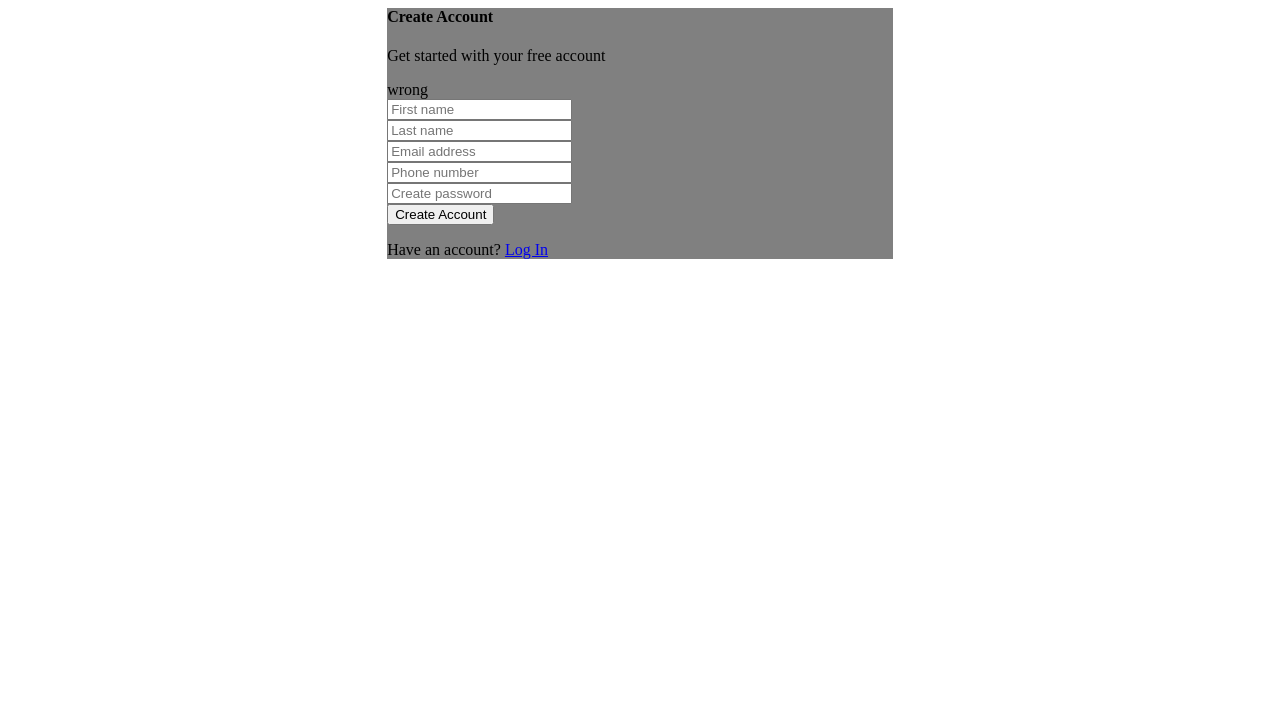
Repository: devlogan/collproject
Page: CollFrontend/WebContent/user/SignUp.htm
The author's editor kept a copy of each file at every save. The page is drawn from the files as they stood at one save, then again after the next save.
The browser window is 1280 px wide. The pictures show the whole page.

Above is the page before, as saved 2019-04-30 12:41:29.

### CollFrontend/WebContent/user/SignUp.htm

<link style="css\\SignUpCss.css" />
<style>
input.ng-touched.ng-invalid {
	border: 0.5px solid red;
	background-color: pink;
	color: white;
}
input.ng-touched.ng-invalid {
	border: 0.5px solid red;
	background-color: pink;
	color: white;
}

input.ng-touched.ng-valid{
	border: 0.5px solid green;
}

input.ng-show {
	border: 0.5px solid red;
}

.my-cont {
	width: 40%;
	margin: 0 auto;
	background-color: grey;
}

i.fa-check {
	margin-left: 10px;
	font-size: 1.5rem;
	position: relative;
	color: green;
}

i.fa-close {
	margin-left: 10px;
	font-size: 1.5rem;
	position: relative;
	color: red;
}
</style>
<div class="container">

	<div class="card bg-light my-cont">
		<article class="card-body mx-auto" style="max-width: 400px;">
			<h4 class="card-title mt-3 text-center">Create Account</h4>
			<p class="text-center">Get started with your free account</p>


			<form name="myForm" novalidate>
				<div
					ng-show="myForm.firstName.$invalid && myForm.firstName.$touched">wrong</div>
				<div class="form-group input-group">
					<div class="input-group-prepend">
						<span class="input-group-text"> <i class="fa fa-user"></i>
						</span>
					</div>
					<input name="firstName" class="form-control"
						placeholder="First name" type="text" ng-model="user.firstName"
						ng-required="true" ng-minlength="3"><i ng-show="myForm.firstName.$valid"
						class="fa fa-check"></i><i
						ng-show="myForm.firstName.$invalid && myForm.password.$touched"
						class="fa fa-close"></i>
				</div>


				<div class="form-group input-group">
					<div class="input-group-prepend">
						<span class="input-group-text"> <i class="fa fa-user"></i>
						</span>
					</div>
					<input name="lastName" class="form-control" placeholder="Last name"
						type="text" ng-model="user.lastName" ng-required="true" ng-minlength="3"><i
						ng-show="myForm.lastName.$valid" class="fa fa-check"></i><i
						ng-show="myForm.lastName.$invalid && myForm.password.$touched"
						class="fa fa-close"></i>
				</div>
				<div class="form-group input-group">
					<div class="input-group-prepend">
						<span class="input-group-text"> <i class="fa fa-envelope"></i>
						</span>
					</div>
					<input name="email" class="form-control"
						placeholder="Email address" type="email" ng-model="user.email"
						ng-required="true"><i ng-show="myForm.email.$valid"
						class="fa fa-check"></i><i
						ng-show="myForm.email.$invalid && myForm.password.$touched"
						class="fa fa-close"></i>
				</div>
				<!-- form-group// -->

				<div class="form-group input-group">
					<div class="input-group-prepend">
						<span class="input-group-text"> <i class="fa fa-phone"></i>
						</span>
					</div>

					<input name="phone" class="form-control" placeholder="Phone number"
						type="text" ng-model="user.mobileNo" ng-required="true"
						ng-pattern="/^\d{10}$/"><i ng-show="myForm.phone.$valid"
						class="fa fa-check"></i><i
						ng-show="myForm.phone.$invalid && myForm.password.$touched"
						class="fa fa-close"></i>
				</div>
				<!-- form-group// -->


				<div class="form-group input-group">
					<div class="input-group-prepend">
						<span class="input-group-text"> <i class="fa fa-lock"></i>
						</span>
					</div>
					<input name="password" class="form-control"
						placeholder="Create password" type="password"
						ng-model="user.password" ng-required="true" ng-minlength="5"><i
						ng-show="myForm.password.$valid" class="fa fa-check"></i><i
						ng-show="myForm.password.$invalid && myForm.password.$touched"
						class="fa fa-close"></i>
				</div>
				<!-- form-group// -->

				<div class="form-group">
					<button type="submit" class="btn btn-primary btn-block"
						ng-disabled="myForm.$invalid" ng-click="registerUser()">Create
						Account</button>
				</div>
				<!-- form-group// -->
				<p class="text-center">
					Have an account? <a href="#!login">Log In</a>
				</p>
			</form>
		</article>
	</div>
</div>

After the next save:
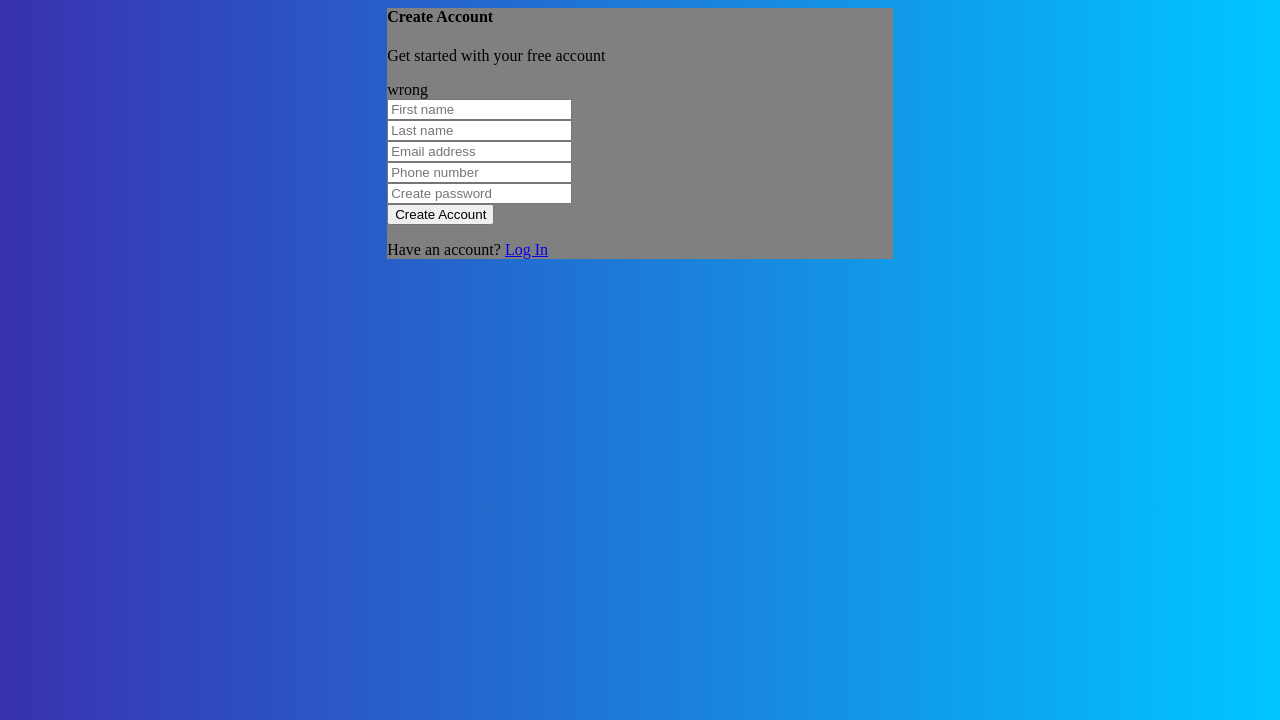
Saved 3 min 29 s later.
--- a/CollFrontend/WebContent/user/SignUp.htm
+++ b/CollFrontend/WebContent/user/SignUp.htm
@@ -38,6 +38,9 @@ i.fa-close {
 	font-size: 1.5rem;
 	position: relative;
 	color: red;
+}
+body {
+	background: -webkit-linear-gradient(left, #3931af, #00c6ff);
 }
 </style>
 <div class="container">
